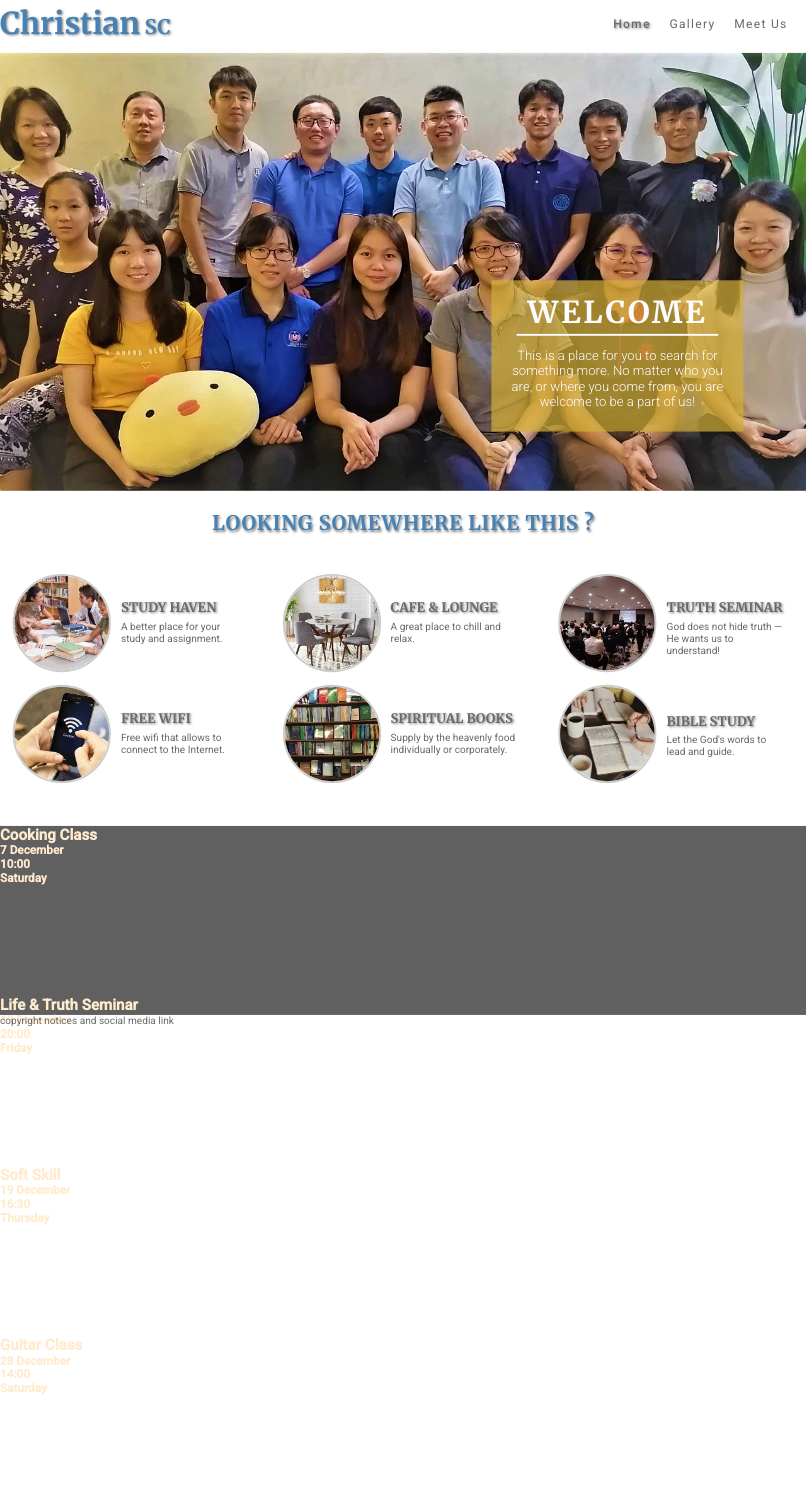
Repository: kongteckmee/christian-sc
Page: index.html
The author's editor kept a record of every edit. The page is drawn from the files as they stood at one moment, then again after the next edit.
The browser window is 1280 px wide. The pictures show the whole page, at 63% of full size.

Above is the page before.

### index.html
<!DOCTYPE html>
<html lang="en">
<head>
    <meta charset="UTF-8">
    <meta name="viewport" content="width=device-width, initial-scale=1.0">
    <meta http-equiv="X-UA-Compatible" content="ie=edge">
    <link rel="stylesheet" href="assets/css/style.css" type="text/css" />
    <title>Christian Student Center</title>
</head>
<body>
    <header>
        <a id="logo" href="index.html">
            <h2><span style="font-size: 150%">Christian</span> SC</h2>
        </a>
        <nav>
            <ul id="scmenu">
                <li>
                    <a href="#">Meet Us</a>
                </li>
                <li>
                    <a href="#">Gallery</a>
                </li>
                <li>
                    <a class="scactive" href="index.html">Home</a>
                </li>
            </ul>
        </nav>
    </header>
    <section id="scmeetingrange">
        <div id="scmeeting"></div>
        <div id="welcome-text">
            <h1>Welcome</h1>
            <hr>
            <h3>This is a place for you to search for something more. No matter who you are, or where you come from, you are welcome to be a part of us!</h2>
        </div>
    </section>
    <section id="about">
        <h1>Looking Somewhere Like This ?</h1>
        <div id="left">
            <div class="left-right-side">
                <h2>Study Haven</h2>
                <br>
                <p>A better place for your study and assignment.</p>
            </div>
            <div id="container">
                <div id="contain-study"></div>
            </div>
            <div class="left-right-side">
                <h2>Free Wifi</h2>
                <br>
                <p>Free wifi that allows to connect to the Internet.</p>
            </div>
            <div id="container">
                <div id="contain-wifi"></div>
            </div>
        </div>
        <div id="right">
            <div class="left-right-side">
                <h2>Truth Seminar</h2>
                <br>
                <p>God does not hide truth — He wants us to understand!</p>
            </div>
            <div id="container">
                <div id="contain-seminar"></div>
            </div>
            <div class="left-right-side">
                <h2>Bible Study</h2>
                <br>
                <p>Let the God's words to lead and guide.</p>
            </div>
            <div id="container">
                <div id="contain-bible"></div>
            </div>
        </div>
        <div id="center">
            <div class="middle">
                <h2>Cafe & Lounge</h2>
                <br>
                <p>A great place to chill and relax.</p>
            </div>
            <div id="container">
                <div id="contain-cafe"></div>
            </div>
            <div class="middle">
                <h2>Spiritual Books</h2>
                <br>
                <p>Supply by the heavenly food individually or corporately.</p>
            </div>
            <div id="container">
                <div id="contain-books"></div>
            </div>
        </div>
    </section>
    <section id="event">
        <div>
            <h2>Cooking Class</h2>
            <h3>7 December</h3>
            <h3>10:00</h3>
            <h3>Saturday</h3>
        </div>
        <div>
            <h2>Life & Truth Seminar</h2>
            <h3>13 December</h3>
            <h3>20:00</h3>
            <h3>Friday</h3>
        </div>
        <div>
            <h2>Soft Skill</h2>
            <h3>19 December</h3>
            <h3>16:30</h3>
            <h3>Thursday</h3>
        </div>
        <div>
            <h2>Guitar Class</h2>
            <h3>28 December</h3>
            <h3>14:00</h3>
            <h3>Saturday</h3>
        </div>
    </section>
    <footer>
        copyright notices and social media link
    </footer>
</body>
</html>

### assets/css/style.css
@import url('https://fonts.googleapis.com/css?family=Merriweather:500,600,700|Roboto:300,400,500');

* {
    margin: 0;
    padding: 0;
    border: 0;
}

body {
    font-family: 'Roboto', sans-serif;
    color: #696969; /*Grey color */
}

/* ------------------------------------------------------ Header */

#logo {
    float: left;
    text-decoration: none;
}

#logo h2 {
    font-family: 'Merriweather', serif;
    font-size: 200%;
    color: #4682b4; /* Steel Blue color */
    text-shadow: 2px 2px 4px #808080;
}

#scmenu {
    font-size: 120%;
    list-style-type: none;
    letter-spacing: 2px;
}

#logo, #scmenu {
    line-height: 75px;
}

#scmenu li {
    float: right;
    margin-right: 30px;
}

#scmenu a {
    text-decoration: none;
    color: inherit;
}

#scmenu a:hover {
    color: #4682b4; /* Steel Blue color */
    font-weight: 500;
    text-shadow: 2px 2px 4px #808080;
}

.scactive {
    font-weight: 500;
    text-shadow: 2px 2px 4px #808080;
}

/* ------------------------------------------------------ Section: Welcome */

#scmeeting {
    height: 700px;
    width: 100%;
    background: url("../img/meeting-t.jpg") no-repeat center center;
}

#scmeetingrange {
    height: 700px;
    width: 100%;
    overflow: hidden;
}

#welcome-text {
    width: 400px;
    height: 220px;
    color: #fefcff; /* Milky white */
    background-color: rgba(212,175,55,.7);
    padding-top:20px;
    bottom: 35px; /* Fixed the welcome text box-bottom */
    right: 100px; /* Fixed the welcome text box-right */
    position: absolute;
}

#welcome-text h1 {
    margin-bottom: 5px;
    font-size: 300%;
    font-family: 'Merriweather', serif;
    text-transform: uppercase;
    text-align: center;
    letter-spacing: 4px;
}

hr {
    width: 80%;
    height: 3px;
    margin-left: auto;
    margin-right: auto;
    background-color:#fefcff; /* Milky white */
}

#welcome-text h3 {
    margin: 20px;
    font-size: 130%;
    font-weight: 300;
    text-align: center;
}

/* ------------------------------------------------------ Section: About */

#about {
    height: 500px;
}

#about h1 {
    margin-top: 30px;
    margin-bottom: 30px;
    font-family: 'Merriweather', serif;
    color: #4682b4; /* Steel Blue color */
    text-transform: uppercase;
    text-align: center;
    text-shadow: 2px 2px 4px #808080;
    font-size: 200%;
    letter-spacing: 1px;
}

#about h2 {
    font-family: 'Merriweather', serif;
    font-size: 130%;
    text-transform: uppercase;
    text-shadow: 2px 2px 4px #808080;
}

#left {
    margin-right: 30px;
    padding-top: 30px;
    width: 30%;
    float: left;
}

#right {
    margin-right: 30px;
    padding-top: 30px;
    width: 30%;
    float: right;
}

#center {
    padding-top: 30px;
    width: 33%;
    margin: 0 auto; /* center the div */
}

br {
    display: block;
    content: "";
    margin: 2em;
    font-size: 24%; /* spacing */
}

.left-right-side {
    width: 50%;
    float: right;
    padding-top: 40px;
    clear: both;
    margin-left: 20px;
    margin-bottom: 50px;
}

.middle {
    width: 50%;
    float: right;
    padding-top: 40px;
    margin-right: 20px;
}

#container {
    width: 150px;
    height: 150px;
    border: 3px solid #cccccc;
    border-radius: 50%;
    margin-left: 20px;
    margin-bottom: 20px;
}

#contain-study {
    background: url("../img/study-group.jpg") no-repeat center center;
    height: 100%;
    border-radius: 50%;
}

#contain-wifi {
    background: url("../img/free-wifi.jpg") no-repeat center center;
    height: 100%;
    border-radius: 50%;
}

#contain-seminar {
    background: url("../img/truth-seminar.jpg") no-repeat center center;
    height: 100%;
    border-radius: 50%;
}

#contain-bible {
    background: url("../img/bible-study.jpg") no-repeat center center;
    height: 100%;
    border-radius: 50%;
}

#contain-cafe {
    background: url("../img/cafe.jpg") no-repeat center center;
    height: 100%;
    border-radius: 50%;
}

#contain-books {
    background: url("../img/spiritual-book.jpg") no-repeat center center;
    height: 100%;
    border-radius: 50%;
}

/* ------------------------------------------------------ Section: Event */

#event {
    height: 300px;
    background-color: #606060;
}

#event div {
    color: #ffebcd;
    background-color: rgba (0,0,0,.7);
    width: 25%;
    height: 90%;
}

/* ------------------------------------------------------ Footer */

After the next edit:
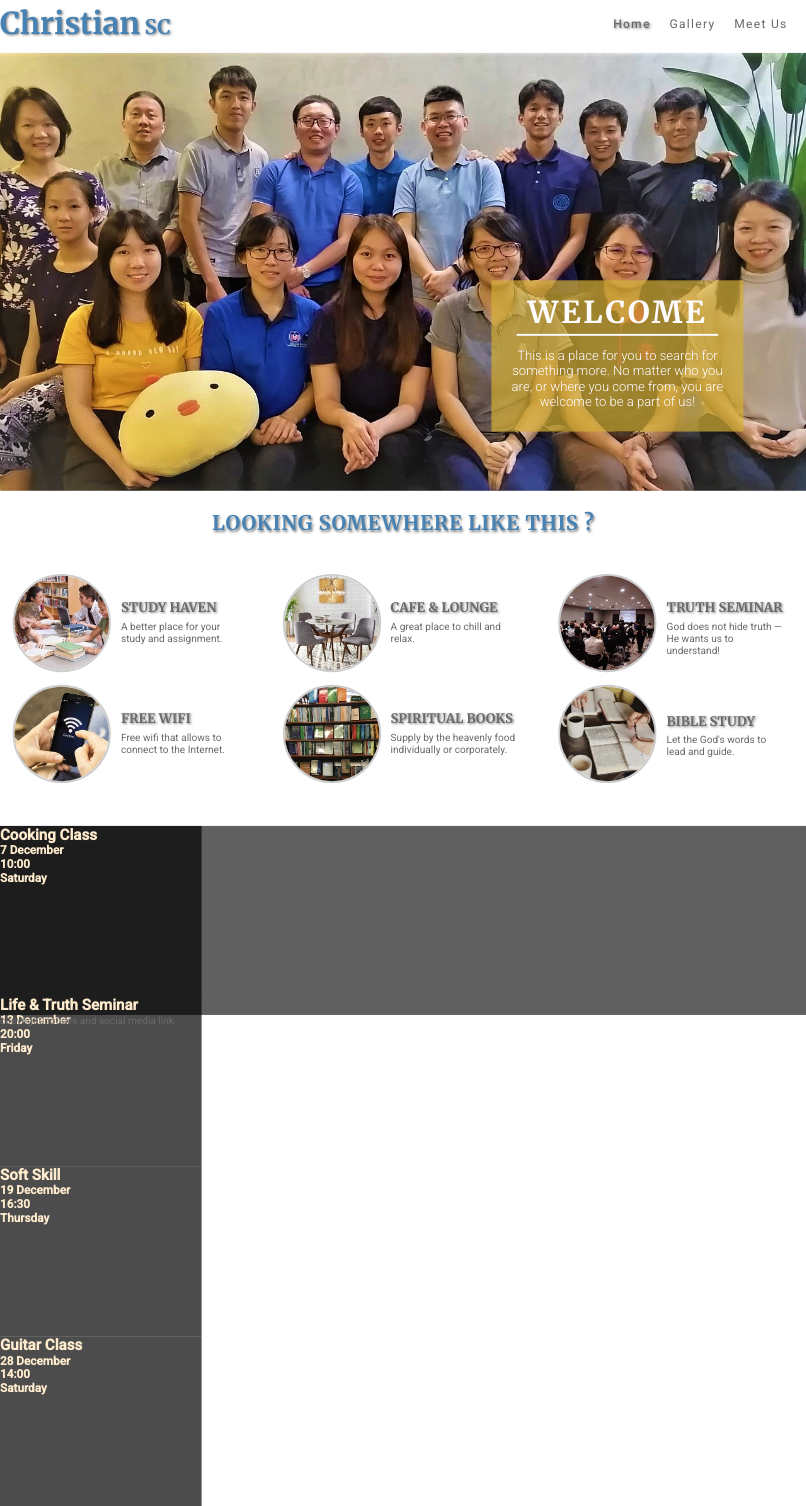
The edit:
--- a/assets/css/style.css
+++ b/assets/css/style.css
@@ -227,7 +227,7 @@
 
 #event div {
     color: #ffebcd;
-    background-color: rgba (0,0,0,.7);
+    background-color: rgba(0,0,0,.7);
     width: 25%;
     height: 90%;
 }
